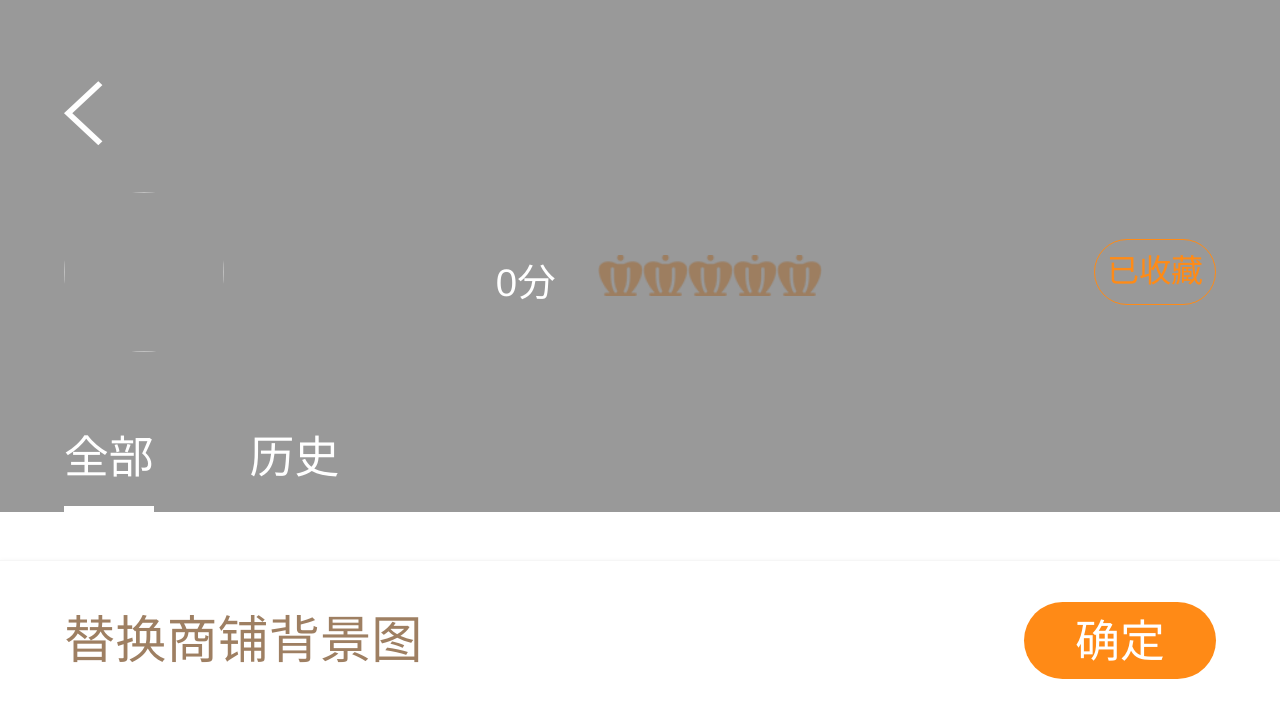
Repository: missing-star/rockBridge
Page: shop-set-bg.html
The author's editor kept a copy of each file at every save. The page is drawn from the files as they stood at one save, then again after the next save.
The browser window is 1280 px wide. The pictures show the whole page.

Above is the page before, as saved 2019-05-16 17:42:54.

### shop-set-bg.html
<!DOCTYPE html>
<html lang="en">

<head>
    <meta charset="UTF-8">
    <meta name="viewport" content="width=device-width, initial-scale=1.0, user-scalable=no,maximum-scale=1.0">
    <meta http-equiv="X-UA-Compatible" content="ie=edge">
    <meta http-equiv="Expires" content="0">
    <meta http-equiv="Pragma" content="no-cache">
    <meta http-equiv="Cache-control" content="no-cache">
    <meta http-equiv="Cache" content="no-cache">
    <link rel="stylesheet" href="assets/mui/css/mui.min.css?v=1.2.6">
    <link rel="stylesheet" href="css/common.css?v=1.2.6">
    <link rel="stylesheet" href="css/shop-detail.css?v=1.2.6">
    <title>叠石桥</title>
    <!--
        店铺详情
    -->
</head>

<body>
    <div id="app">
        <!--顶部搜索栏-->
        <header class="mui-bar mui-bar-nav" :style="currentBg">
            <div class="bg-black">
                <div class="search-group">
                    <i onclick="goBack()" class="mui-icon mui-icon-arrowleft"></i>
                </div>
                <div class="shop-info">
                    <img :src="shopInfo.images" alt="" class="shop-logo">
                    <div class="shop-title">
                        <p class="shop-name">{{shopInfo.title}}</p>
                        <p class="shop-level">
                            <span class="shop-score">{{score}}分</span>
                            <span class="shop-level-icon">
                                <img v-for="n in score" class="img-level" src="imgs/crown-active.png" alt="">
                                <img class="img-level" v-for="n in (5-score)" src="imgs/crown.png" alt="">
                            </span>
                        </p>
                    </div>
                    <button class="follow active">
                        已收藏
                    </button>
                </div>
                <ul class="tab-list">
                    <li class="tab-item active" data-tab-id="0">全部</li>
                    <li class="tab-item" data-tab-id="1">历史</li>
                </ul>
            </div>
        </header>
        <div class="mui-content">
            <div class="tab-content" :class="{active:showTab == 0}">

            </div>
            <div class="tab-content goods" :class="{active:showTab == 1}">

            </div>
        </div>
        <!-- 联系商家 -->
        <div class="contact-business-wrapper">
            <p class="phone-number-wrapper">
                <span class="phone-number">替换商铺背景图</span>
            </p>
            <a href="javascript:;" @click="changeBg" class="contact-business-btn">确定</a>
        </div>
    </div>
    <script src="assets/vue/vue.min.js?v=1.2.6"></script>
    <script src="assets/jquery/jquery.min.js?v=1.2.6"></script>
    <script src="assets/mui/js/mui.min.js?v=1.2.6"></script>
    <script src="js/common.js?v=1.2.6"></script>
    <script src="js/shop-set-bg.js"></script>
</body>

</html>

### css/common.css
html,
body,
.mui-content {
    font-size: calc(100vw / 20);
    background: #ffffff;
}
*{
    word-break: break-all;
}
div.mui-content {
    padding: 1rem;
}

header.mui-bar.mui-bar-nav {
    background: #ffffff;
    -webkit-box-shadow: none;
            box-shadow: none;
}

nav.mui-bar.mui-bar-tab {
    background: #ffffff;
    -webkit-box-shadow: 0 0 6px 0 rgba(0, 0, 0, 0.15);
            box-shadow: 0 0 6px 0 rgba(0, 0, 0, 0.15);
}

nva.mui-bar-tab span.mui-tab-label {
    color: #9d7e60;
}

.mui-bar-tab .mui-tab-item.mui-active {
    color: #5f4831;
}

img.mui-icon.nav-bar-icon.active {
    display: inline;
}

img.mui-icon.nav-bar-icon {
    display: none;
}

p {
    margin: 0;
}

input[type=color],
input[type=date],
input[type=datetime-local],
input[type=datetime],
input[type=email],
input[type=month],
input[type=number],
input[type=password],
input[type=search],
input[type=tel],
input[type=text],
input[type=time],
input[type=url],
input[type=week],
select,
textarea {
    margin-bottom: 0;
    width: auto;
    height: auto;
    border: none;
    -webkit-box-flex: 1;
        -ms-flex: 1;
            flex: 1;
    font-size: 0.8rem;
}

input::-webkit-input-placeholder {
    color: #c2c2c2;
}

nav.mui-bar.mui-bar-tab a.mui-tab-item {
    -ms-touch-action: none;
        touch-action: none;
    height: 100%;
}

nav.mui-bar.mui-bar-tab {
    height: 3rem;
}

.mui-bar-tab .mui-tab-item .mui-icon {
    top: 3px;
    width: 1.2rem;
    height: 1.2rem;
    padding-top: 0;
    padding-bottom: 0;
    margin-bottom: 0.1rem;
}

.mui-bar-tab .mui-tab-item .mui-icon~.mui-tab-label {
    font-size: 0.5rem;
    line-height: 1rem;
}

.mui-bar-tab~.mui-content {
    padding-top: 2.5rem;
    padding-bottom: 3rem;
}

button.submit {
    background: #9d7e60;
    width: 100%;
    border: none;
    border-radius: 1rem;
    font-size: 1rem;
    line-height: 1rem;
    color: #fff;
    margin-top: 1rem;
    height: 2rem;
}

button.mui-btn.mui-btn-blue.mui-poppicker-btn-ok,
button.mui-btn.mui-btn-blue {
    color: #ff8b16;
    background: transparent;
    border: none;
    font-size: 1rem;
}

.mui-poppicker-header,
.mui-dtpicker-header {
    border-radius: 0.3rem 0.3rem 0 0;
}

button.mui-btn.mui-poppicker-btn-cancel,
.mui-dtpicker-header button {
    color: #aaaaaa;
    border: none;
    background: transparent;
    font-size: 1rem;
}

button.mui-btn.mui-poppicker-btn-cancel>img,
.mui-dtpicker-header button>img {
    width: 1rem;
}

.mui-picker-inner,
.mui-picker {
    background: #fcfcfc;
    -webkit-mask-box-image: none;
    border-radius: 0 0 0.3rem 0.3rem;
}

.mui-poppicker-body {
    border: none;
    border-radius: 0 0 0.3rem 0.3rem;
}

button.mui-btn {
    color: #aaaaaa;
    border-color: #aaaaaa;
}

.mui-dtpicker-header {
    background: #ffffff;
}

.mui-dtpicker-title h5 {
    display: none;
}

span.mui-popup-button.mui-popup-button-bold {
    color: #FF8B16;
}

span.mui-popup-button {
    color: #aaaaaa;
}

[v-cloak] {
    display: none !important;
}

.mui-poppicker.mui-active,
.mui-dtpicker.mui-active {
    margin: 0.5rem;
    width: calc(100% - 1rem);
    border-radius: 0.3rem;
}

.popicker-title,
.dt-popicker-title {
    -webkit-box-flex: 1;
        -ms-flex: 1;
            flex: 1;
    text-align: center;
    font-size: 1rem;
    color: #000000;
}

.mui-poppicker-header,
.mui-dtpicker-header {
    display: -webkit-box;
    display: -ms-flexbox;
    display: flex;
    -webkit-box-align: center;
        -ms-flex-align: center;
            align-items: center;
    -webkit-box-pack: justify;
        -ms-flex-pack: justify;
            justify-content: space-between;
    background: #eeeeee;
}

.mui-pciker-list li {
    color: #b19c88;
}

.mui-pciker-list li.highlight {
    color: #5f4831;
}

.mui-pciker-rule-ft {
    z-index: 2;
    border-top: solid 1px #ced7de;
    border-bottom: solid 1px #ced7de;
}


input::-webkit-outer-spin-button,
input::-webkit-inner-spin-button {

    -webkit-appearance: none !important;
}

input[type="number"] {
    -moz-appearance: textfield;
}
.ellipsis{
    white-space: nowrap;
    overflow: hidden;
    text-overflow: ellipsis;
}
/* 联系商家 */
.contact-business-wrapper {
    position: fixed;
    bottom: 0;
    width: 100%;
    height: 2.5rem;
    background: #FFFFFF;
    border-top: 1px solid #f6f6f6;
    -webkit-box-shadow: 0 2px 6px 0 #EBEBEB;
            box-shadow: 0 2px 6px 0 #EBEBEB;
    display: -webkit-box;
    display: -ms-flexbox;
    display: flex;
    -webkit-box-align: center;
        -ms-flex-align: center;
            align-items: center;
    -webkit-box-pack: justify;
        -ms-flex-pack: justify;
            justify-content: space-between;
    padding: 0 1rem;
}
span.phone-number {
    color: #9e7f62;
    font-size: 0.8rem;
}
a.contact-business-btn {
    background: #ff8a16;
    color: #fff;
    font-size: 0.7rem;
    border-radius: 1rem;
    padding: 0.1rem 0.8rem;
    line-height: 1rem;
}
p.phone-number-wrapper {
    display: -webkit-box;
    display: -ms-flexbox;
    display: flex;
    -webkit-box-align: center;
        -ms-flex-align: center;
            align-items: center;
    -webkit-box-pack: justify;
        -ms-flex-pack: justify;
            justify-content: space-between;
    min-width: 28%;
}
img.phone-icon {
    width: 1rem;
}

### js/shop-set-bg.js
var vm = new Vue({
    el: '#app',
    data: {
        currentTab: 'all',
        showTab: 0,
        shopInfo: '',
        hotList: [],
        score: 0,
        bgList:JSON.parse(localStorage.getItem('bgList')),
        currentBgIndex:localStorage.getItem('currentBg')
    },
    filters: {
        //拼接图片地址
        filterImg(thumb) {
            thumb = thumb == null ? '' : thumb;
            if (thumb.indexOf('http') != -1) {
                return `${thumb}`;
            }
            return `${rootUrl}${thumb}`;
        }
    },
    computed: {
        currentBg:function() {
            console.log(`bg/${this.bgList[this.currentBgIndex]}.png`);
            return {
                backgroundImage:`bg/${this.bgList[this.currentBgIndex]}.png`
            }
        }
    },
    methods: {
        changeBg:function() {

        }
    },
});

$(function () {
    //获得商家详情
    // getShopInfo();
    //切换tab
    $("li.tab-item").click(function () {
        if (!$(this).hasClass('active')) {
            $(this).addClass('active');
            $(this).siblings().removeClass('active');
            console.log($(this).attr('data-tab-id'));
            vm.showTab = $(this).attr('data-tab-id');
        }
    });
});

function getShopInfo() {
    $.ajax({
        url: `${rootUrl}/index/api/getShopsInfo`,
        data: {
            id: getParams().id
        },
        type: 'post',
        dataType: 'json',
        success: function (data) {
            vm.shopInfo = data.result[0];
            vm.hotList = data.result.click_goods_list;
            vm.allList = data.result.goods_list;
            vm.searchList = data.result.goods_list;
            vm.isCollection = data.result.is_collection;
            vm.score = data.result.shop_review;
        },
        error: function () {
            mui.toast('服务器异常');
        }
    });
}

Loaded but not shown: assets/mui/css/mui.min.css (library); assets/vue/vue.min.js (library); assets/jquery/jquery.min.js (library); assets/mui/js/mui.min.js (library); js/common.js (220 lines, source omitted); css/shop-detail.css (645 lines, source omitted)

After the next save:
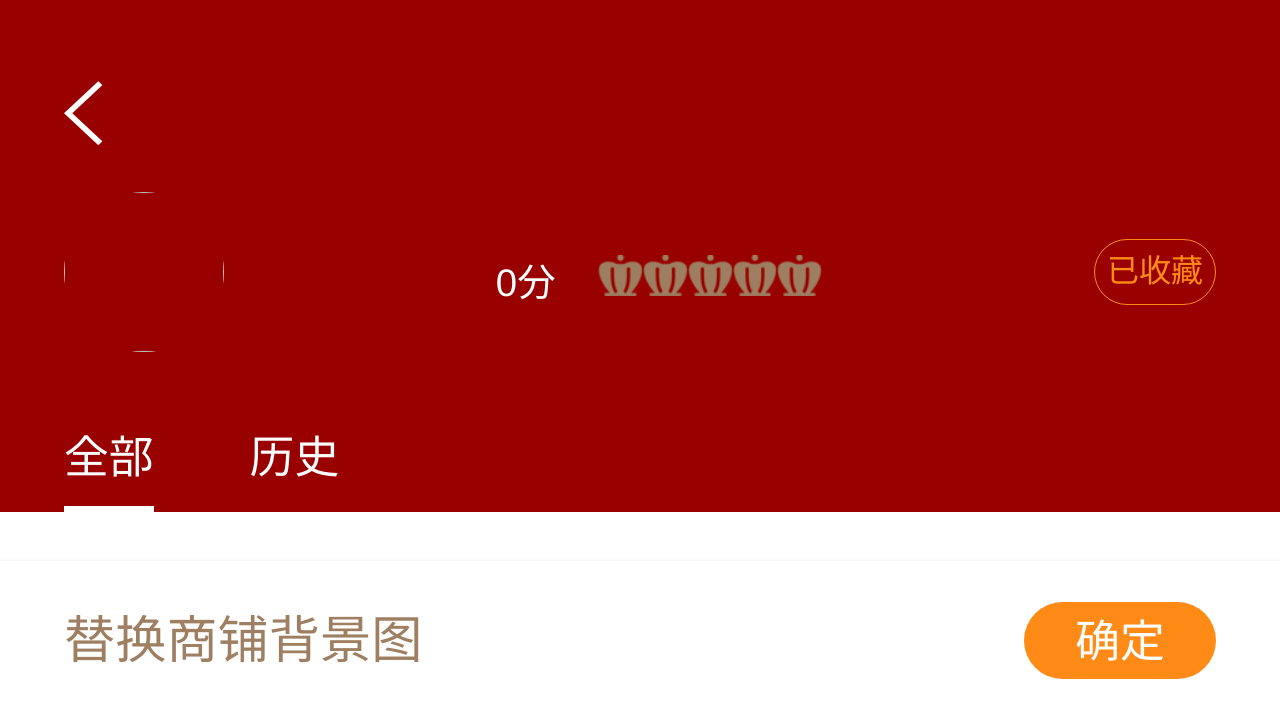
Saved 42 s later.
--- a/js/shop-set-bg.js
+++ b/js/shop-set-bg.js
@@ -23,7 +23,7 @@
         currentBg:function() {
             console.log(`bg/${this.bgList[this.currentBgIndex]}.png`);
             return {
-                backgroundImage:`bg/${this.bgList[this.currentBgIndex]}.png`
+                background:'red'
             }
         }
     },

After the save that followed:
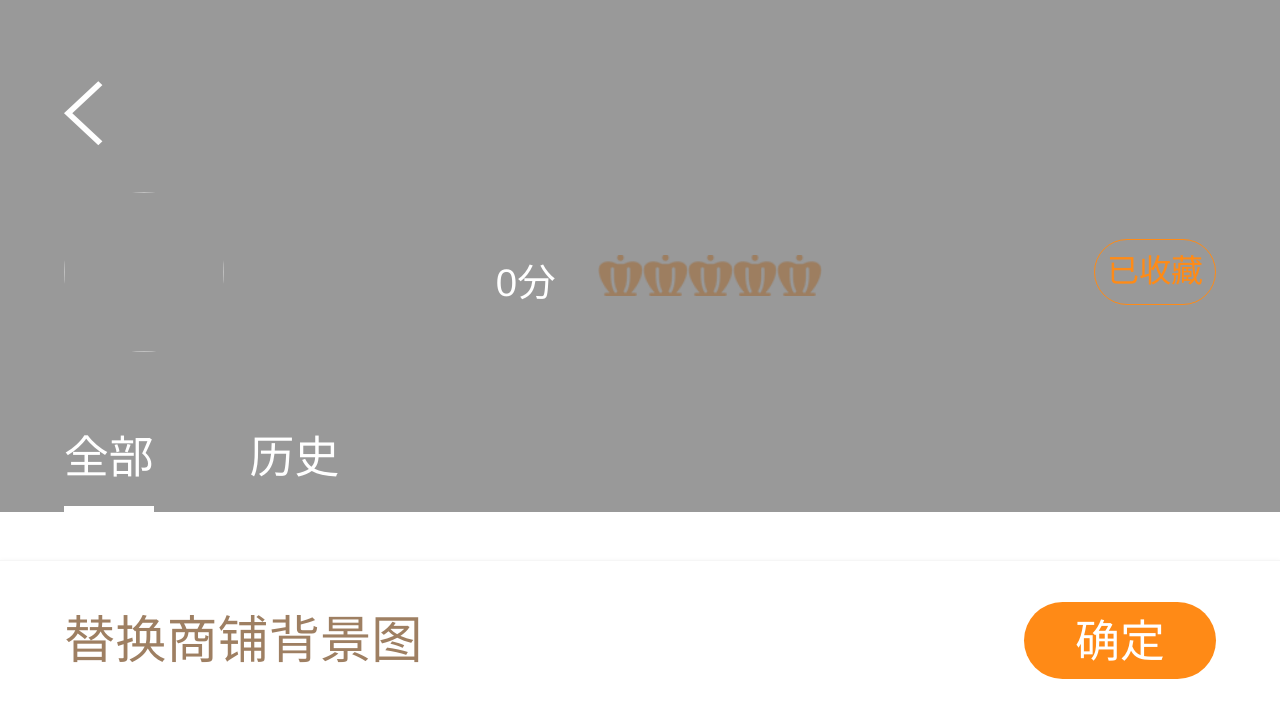
Saved 8 s later.
--- a/js/shop-set-bg.js
+++ b/js/shop-set-bg.js
@@ -23,7 +23,7 @@
         currentBg:function() {
             console.log(`bg/${this.bgList[this.currentBgIndex]}.png`);
             return {
-                background:'red'
+                background:`bg/${this.bgList[this.currentBgIndex]}.png`
             }
         }
     },
